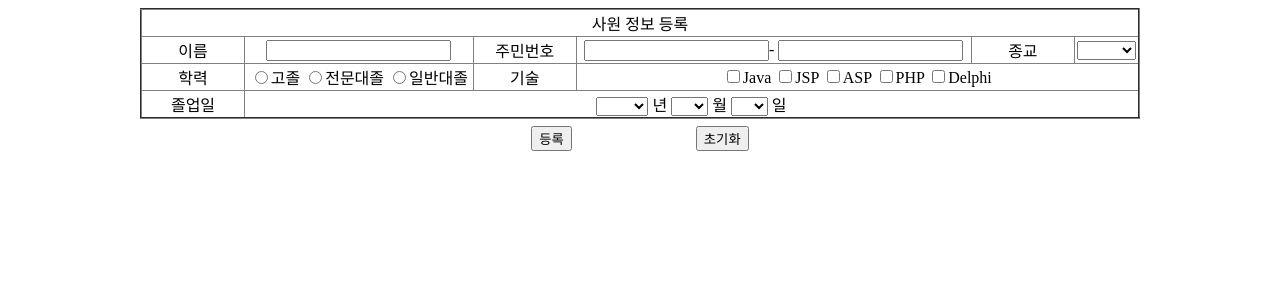
Repository: kimdk121/Kosmo
Page: http://localhost/Staff/WEB-INF/views/staff_input_form.jsp
These files come from the project's save history. The page is drawn as it stood at one moment and after the next save; the edit follows.
The browser window is 1280 px wide. The pictures show the whole page.
The page is served by Tomcat 9. Nobody is signed in. Other server files are loaded and not shown. The template is opened directly, without the code that normally fills it, so the values that code supplies are empty.

Above is the page before, as saved 2022-01-27 09:25:17.

### JSP,Spring/board_staff/Staff/src/main/webapp/WEB-INF/views/staff_input_form.jsp
<!-- ****************************************************** -->
<!-- JSP 기술의 한 종류인 [Page Directive]를 이용하여 현 JSP 페이지 처리 방식 선언하기 -->
<!-- ****************************************************** -->
	<!-- 현재 이 JSP 페이지 실행 후 생성되는 문서는 HTML 이고,이 문서 안의 데이터는 UTF-8 방식으로 인코딩한다 라고 설정함 -->
	<!-- 현재 이 JSP 페이지는 UTF-8 방식으로 인코딩 한다 -->
	<!-- UTF-8 인코딩 방식은 한글을 포함 전 세계 모든 문자열을 부호화할 수 있는 방법이다. -->
	<!-- 모든 JSP 페이지 상단에 무조건 아래 설정이 들어간다. -->
<%@ page language="java" contentType="text/html; charset=UTF-8" pageEncoding="UTF-8"%>

<!-- ****************************************************** -->
<!-- JSP 기술의 한 종류인 [Include Directive]를 이용하여 -->
<!--								common.jsp 파일 내의 소스를 삽입하기 -->
<!-- ****************************************************** -->
<%@include file="common.jsp" %>

<!DOCTYPE html PUBLIC "-//W3C//DTD HTML 4.01 Transitional//EN" "http://www.w3.org/TR/html4/loose.dtd">
<html>
<meta http-equiv="Content-Type" content="text/html; charset=UTF-8">




<!------------------------------------------------------------->
<!--body 태그 선언하기-->
<!--body 태그에 keydown 이벤트를 걸면 특정 태그에 가는 포커스 상관없이 무조건 화면에서 키보드 누르면 자스 코드를 실행하게 할수 있다.-->
<!------------------------------------------------------------->
<body>
	<center>
	<!--**********************************************************-->
	<!-- [로그인 정보 입력 양식] 내포한 form 태그 선언 -->
	<!--**********************************************************-->
	<form name="staffRegForm" id="staffRegForm">
		<table border="2" align="center" style="border-collapse:collapse;" height = "100" width ="1000">
			<tr align="center">
				<td colspan="6">사원 정보 등록</td>
			</tr>
			<tr align="center">
				<td width ="100">이름</td>
				<td>
					<input type="text" name="staff_name" class="staff_name">
				</td>
				<td width ="100">주민번호</td>
				<td>
					<input type="text" name="jumin_no1" class="jumin_no1" maxlength="6">-
					<input type="password" name = "jumin_no2" class="jumin_no2"maxlength="7">
				</td>
				<td width ="100">종교</td>
				<td>
					<select name="religion_code" class="religion_code">
						<option value="">
						<option value="1">기독교
						<option value="2">천주교
						<option value="3">불교
						<option value="4">이슬람
						<option value="5">무교
					</select>
				</td>
			</tr>
			<tr align="center">
				<td>학력</td>
				<td>
					<input type="radio" name="school_code" class="school_code" value="1" >고졸
					<input type="radio" name="school_code" class="school_code" value="2" >전문대졸
					<input type="radio" name="school_code" class="school_code" value="3" >일반대졸
				</td>
				<td>기술</td>
				<td colspan="3">
					<input type="checkbox" name="skill_code" class="skill_code" value="1" >Java
					<input type="checkbox" name="skill_code" class="skill_code" value="2" >JSP
					<input type="checkbox" name="skill_code" class="skill_code" value="3" >ASP
					<input type="checkbox" name="skill_code" class="skill_code" value="4" >PHP
					<input type="checkbox" name="skill_code" class="skill_code" value="5" >Delphi
					<input type="hidden" name="skill_codeList" id="skill_codeList" value=""/>
				</td>
			</tr>
			<tr align="center">
				<td>졸업일</td>
				<td colspan="5">
					<select name="graduate_year">
							<option value=" "></option>
							<%for(int i =1980; i<2022; i++) { %>
							<option value="<%=i%>"><%=i%></option>
							<%} %>
						</select>
						년
						<select name="graduate_month">
							<option value=" "></option>
							<%for(int i =1; i<13; i++) { %>
							<option value="<%=i%>"><%=i%></option>
							<%} %>
						</select>
						월
						<select name="graduate_day">
							<option value=" "></option>
							<%for(int i =1; i<32; i++) { %>
							<option value="<%=i%>"><%=i%></option>
							<%} %>
						</select>
						일
				</td>
			</tr>
		</table>

		<div style="height:5pt"></div>

		<!------------------------------------------------->
		<!--- 선택한 클릭한 페이지번호를 저장할 hidden 입력양식 선언--->
		<!--- 페이징 처리 관련 데이터이다.--->
		<!------------------------------------------------->
		<input type="button" name="save" class="save" value="등록" onclick="ajaxInsert();">
		&nbsp;&nbsp;&nbsp;&nbsp;&nbsp;&nbsp;&nbsp;&nbsp;&nbsp;&nbsp;&nbsp;&nbsp;&nbsp;&nbsp;
		&nbsp;&nbsp;&nbsp;&nbsp;&nbsp;&nbsp;&nbsp;&nbsp;&nbsp;&nbsp;&nbsp;&nbsp;&nbsp;&nbsp;
		<input type="reset" name="reset" class="reset" value="초기화">

	</form>



	</center>
</body>

<head>

	<script>
		//**********************************************************
		// body 태그 안의 소스를 모두 실행한 후에 실행할 자스 코드 설정
		//**********************************************************
		$(document).ready(function(){

		});




		function goBoardSearchForm() {
			location.href = "/staff/staffSearchForm.do";
		}




		function ajaxInsert() {

			// Skill_list 관련
	        var chkArray = new Array(); // 배열 선언
	        $('input:checkbox[name=skill_code]:checked').each(function() { // 체크된 체크박스의 value 값을 가지고 온다.
	            chkArray.push(this.value);
	        });
	        $('#skill_codeList').val(chkArray); // 아래 체크박스가 모두 체크되어 있다면 1,2,3,4 가 출력 된다.

	        // ajax 전송
		    var result = confirm('체크된 항목을 저장하시겠습니까?');
		    var form1 = $("#staffRegForm").serialize();
			if (result) {
				var url = "/staff/ajaxInsert.do";
				var contentTypeString = 'application/x-www-form-urlencoded';
				$.ajax({
					url : url,
					type : 'post',
					data : form1 ,
					contentType : contentTypeString,
					success : function(result) {
						if (result) {
							alert('저장 되었습니다.');
						} else {
							alert('오류가 발생했습니다.');
						}
					},
					error : function() {
						alert('서버 에러 발생');
					}
				});
			}
		}
	</script>
</head>


</html>

### JSP,Spring/board_staff/Staff/src/main/webapp/WEB-INF/views/common.jsp
<!-- ****************************************************** -->
<!-- JSP 기술의 한 종류인 [Page Directive]를 이용하여 현 JSP 페이지 처리 방식 선언하기 -->
<!-- ****************************************************** -->
	<!-- 현재 이 JSP 페이지 실행 후 생성되는 문서는 HTML 이고,이 문서 안의 데이터는 UTF-8 방식으로 인코딩한다 라고 설정함 -->
	<!-- 현재 이 JSP 페이지는 UTF-8 방식으로 인코딩 한다 -->
	<!-- UTF-8 인코딩 방식은 한글을 포함 전 세계 모든 문자열을 부호화할 수 있는 방법이다. -->
	<!-- 모든 JSP 페이지 상단에 무조건 아래 설정이 들어간다. -->
<%@ page language="java" contentType="text/html; charset=UTF-8" pageEncoding="UTF-8"%>



<%@taglib prefix="c" uri="http://java.sun.com/jsp/jstl/core" %>
<%@ taglib prefix="fn" uri="http://java.sun.com/jsp/jstl/functions" %>




<!------------------------------------------------------------>
<!-- JQuery 라이브러리 수입하기-->
<!-- 공용 함수 수입하기-->
<!-- css 파일 수입하기-->
<!------------------------------------------------------------>
<script src="/js/jquery-1.11.0.min.js"></script>
<script src="/js/common.js"></script>
<link href="/css/common.css" rel="stylesheet" type="text/css">

### JSP,Spring/board_staff/Staff/src/main/resources/static/js/common.js


function setTrBgcolor( tableClassV , headBgcolor, oddTrBgcolor, evenTrBgcolor, mouceOverBgcolor ){
	try{
		var tableObj = $("."+tableClassV);
		var firstTrObj = tableObj.find("tr:eq(0)");
			//var firstTrObj = tableObj.find("tr:first");
			//var firstTrObj = tableObj.find("tr").first();
		var oddTrObj = firstTrObj.siblings("tr").filter(":even")
		var evenTrObj = firstTrObj.siblings("tr").filter(":odd")

		firstTrObj.attr("bgColor", headBgcolor );
		oddTrObj.attr("bgColor", oddTrBgcolor );
		evenTrObj.attr("bgColor", evenTrBgcolor );

		//oddTrObj.find("td,th").css("color", "pink" );
		//evenTrObj.find("td,th").css("color", "green" );

		oddTrObj.hover(
			function(){
				$(this).attr("bgColor",mouceOverBgcolor);
			}
			,function(){
				$(this).attr("bgColor",oddTrBgcolor);
			}
		);
		evenTrObj.hover(
			function(){
				$(this).attr("bgColor",mouceOverBgcolor);
			}
			,function(){
				$(this).attr("bgColor",evenTrBgcolor);
			}
		);
	}
	catch(e){
		alert("setTrBgcolor 함수 호출 시 예외발생!"+ e.message );
	}
}

//-----------------------------------------------------------------------
// 1차원 Array 객체에 저장된 데이터 중에 랜덤하게
// 하나의 데이터를 복사해서 리턴하는 함수
//-----------------------------------------------------------------------
function getRandomData( arr ){
	// Array 객체에 배열변수의 개수
	var cnt = arr.length;
	// 랜덤한 인덱스번호 구하기
	var idx = Math.floor( Math.random()*cnt );
	// 랜덤한 인덱스번호에 해당하는 배열변수의 데이터 리턴하기
	return arr[idx];
}

//-----------------------------------------------------------------------
function getRandomData_with_del( arr ){
	var cnt = arr.length;
	var idx = Math.floor( Math.random()*cnt );
	var randomData = arr[idx];
	arr.splice(idx,1)
	return randomData;
}
//-----------------------------------------------------------------------
// 1차원 Array 객체에 저장된 데이터 중에 랜덤하게
// 원하는 개수의 데이터를 복사해서 또 다른 Array 객체에 담아 리턴하는 함수
//-----------------------------------------------------------------------
function getRandomDataArr( arr, cnt ){
	if( arr!=null && arr.length>0 ){
		alert("배열변수의 개수가 없습니다.");
		return null;
	}
	if( arr.length<cnt ){
		alert("배열변수의 개수보다 랜덤하게 뽑을 개수가 큽니다.");
		return null;
	}
	var randomDataArr = [];
	var arr2 = arr.slice(0);
	for( var i=1 ; i<=cnt ; i++ ){
		randomDataArr.push( getRandomData_with_del( arr2 ) )
	}
	return randomDataArr;




	/*
	var randomDataArr = [];
	var tmpArr = [];
	while (true) {
		var randomData = getRandomData(arr);
		var tmp_cnt = 0;
		for (var i=0; i<tmpArr.length; i++) {
			if (randomData==tmpArr[i]) {
				tmp_cnt++; break;
			}
		}
		if (tmp_cnt>0) {continue;}
		randomDataArr.push(randomData);
		tmpArr.push(randomData);
		if (randomDataArr.length==cnt) {break;}
	}
	return randomDataArr;
	*/
}

//-----------------------------------------------------------------------
function getRandomDataArr2( arr, min_cnt, max_cnt ){
	if( arr!=null && arr.length>0 ){
		alert("배열변수의 개수가 없습니다.");
		return null;
	}
	if( arr.length<min_cnt ){
		alert("배열변수의 개수보다 랜덤하게 뽑을 개수가 큽니다.");
		return null;
	}
	if( max_cnt<min_cnt ){
		alert("뽑을 개수의 범위가 이상합니다.");
		return null;
	}
	var randomCntArr = [];
	for( var i=min_cnt ; i<=max_cnt ; i++ ){
		randomCntArr.push( i );
	}
	var randomCnt = getRandomData( randomCntArr );
	var arr2 = arr.slice(0);
	return getRandomDataArr( arr2, randomCnt );
}

### JSP,Spring/board_staff/Staff/src/main/resources/static/css/common.css
/* @charset "UTF-8";

MMMMMMMMMMMMMMMMMMMMMMMMMMMMMMMMMMMMMMMMMMMMMMMMMMMMMMMMMMMMMMMMMMMMMMMM
body 태그, form 태그, td 태그, th 태그 , pre 태그 관련 설정.
MMMMMMMMMMMMMMMMMMMMMMMMMMMMMMMMMMMMMMMMMMMMMMMMMMMMMMMMMMMMMMMMMMMMMMMM
body,form,td,th,pre {
	font-size: 7pt;

	font-weight:bolder;
	font-weight:lighter;
	font-weight:normal;
	font-weight:bold;

	color: black;
	line-height: 160%;
	font-family: 굴림,tahoma,돋움,verdana;
}

MMMMMMMMMMMMMMMMMMMMMMMMMMMMMMMMMMMMMMMMMMMMMMMMMMMMMMMMMMMMMMMMMMMMMMMM
input 태그, select 태그 설정.
MMMMMMMMMMMMMMMMMMMMMMMMMMMMMMMMMMMMMMMMMMMMMMMMMMMMMMMMMMMMMMMMMMMMMMMM
input,select {
	font-size: 7pt;
	color:black;
	font-family: 굴림,tahoma,돋움,verdana;
	height: 20px;
}

MMMMMMMMMMMMMMMMMMMMMMMMMMMMMMMMMMMMMMMMMMMMMMMMMMMMMMMMMMMMMMMMMMMMMMMM
textarea 태그 설정.
MMMMMMMMMMMMMMMMMMMMMMMMMMMMMMMMMMMMMMMMMMMMMMMMMMMMMMMMMMMMMMMMMMMMMMMM
textarea{
	font-size: 7pt;
	color:black;
	font-family: 굴림,tahoma,돋움,verdana;
}



MMMMMMMMMMMMMMMMMMMMMMMMMMMMMMMMMMMMMMMMMMMMMMMMMMMMMMMMMMMMMMMMMMMMMMMM
a 태그 설정.
MMMMMMMMMMMMMMMMMMMMMMMMMMMMMMMMMMMMMMMMMMMMMMMMMMMMMMMMMMMMMMMMMMMMMMMM
a:link {text-decoration:none;color:#696969}
a:hover{text-decoration:none;color:#66ccff}
a:visited {text-decoration:none;color:#330066}





MMMMMMMMMMMMMMMMMMMMMMMMMMMMMMMMMMMMMMMMMMMMMMMMMMMMMMMMMMMMMMMMMMMMMMMM
<table class="tbcss0"> ~</table>안의 테이블에 가로,세로 선이 모두 없게 보이기.
경계선 색상은 직접 table 태그에 직접 설정.
MMMMMMMMMMMMMMMMMMMMMMMMMMMMMMMMMMMMMMMMMMMMMMMMMMMMMMMMMMMMMMMMMMMMMMMM
.tbcss0, .tbcss0 td, .tbcss0 th{
	----------------------------------------------------------
	border-collapse: collapse;              경계선을 입체가 아닌 단일선으로 설정.
	----------------------------------------------------------
	border-width:0px;                       모든 경계선을 두께 설정.
	----------------------------------------------------------
	font-size: 7pt;                         글자 크기 설정.
	----------------------------------------------------------
	font-family: tahoma,굴림,돋움,verdana;  글자체 설정.
	----------------------------------------------------------
	padding-left:5px;                       왼쪽 여백
	padding-right:5px;                      오른쪽 여백
	----------------------------------------------------------
	padding:5;
 }

MMMMMMMMMMMMMMMMMMMMMMMMMMMMMMMMMMMMMMMMMMMMMMMMMMMMMMMMMMMMMMMMMMMMMMMM
<table class="tbcss2"> ~</table>안의 가로선은 단일선으로 보이고 세로 선은 안 보이기.
경계선 색상은 직접 table 테그에 직접 설정
MMMMMMMMMMMMMMMMMMMMMMMMMMMMMMMMMMMMMMMMMMMMMMMMMMMMMMMMMMMMMMMMMMMMMMMM
.tbcss1, .tbcss1 td, .tbcss1 th{
	----------------------------------------------------------
	border-collapse: collapse;              경계선을 입체가 아닌 단일선으로 설정.
	----------------------------------------------------------
	border-top-width:1px;                   위 경계선을 두께 설정.
	border-top-style:solid;                     위 경계선을 모양 설정.
	border-bottom-width:1px;                    아래 경계선을 모양 설정.
	border-bottom-style:solid;                  아래 경계선을 모양 설정.
	----------------------------------------------------------
	border-left-width:0px;                      왼쪽 경계선을 모양 설정.
	border-right-width:0px;                     오른쪽 경계선을 모양 설정.
	----------------------------------------------------------
	font-size: 7pt;                         글자 크기 설정.
	----------------------------------------------------------
	font-family: tahoma,굴림,돋움,verdana;  글자체 설정.
	----------------------------------------------------------
	padding-left:5px;                       왼쪽 여백
	padding-right:5px;                      오른쪽 여백
	----------------------------------------------------------
	 border-spacing:0;
}


MMMMMMMMMMMMMMMMMMMMMMMMMMMMMMMMMMMMMMMMMMMMMMMMMMMMMMMMMMMMMMMMMMMMMMMM
<table class="tbcss1"> ~</table>안의 테이블에 가로,세로 선이 모두 단일선으로 보이기.
경계선 색상은 직접 table 태그에 직접 설정.
MMMMMMMMMMMMMMMMMMMMMMMMMMMMMMMMMMMMMMMMMMMMMMMMMMMMMMMMMMMMMMMMMMMMMMMM
.tbcss2, .tbcss2 td, .tbcss2 th{
	----------------------------------------------------------
	border-collapse: collapse;              경계선을 입체가 아닌 단일선으로 설정.
	----------------------------------------------------------
	border-width:1px;                       모든 경계선을 두께 설정.
	border-style:solid;                     모든 경계선을 모양 설정.
	----------------------------------------------------------
	font-size: 7pt;                         글자 크기 설정.
	----------------------------------------------------------
	font-family: tahoma,굴림,돋움,verdana;  글자체 설정.
	----------------------------------------------------------
	padding-left:5px;                       왼쪽 여백
	padding-right:5px;                      오른쪽 여백
	----------------------------------------------------------
	 border-spacing:0;
 }





.xxx tr:nth-child(2n+1) {
	background-color: lightgray;
}
.xxx tr:nth-child(0) {
	background-color: blue;
}




.xxx tr:nth-child(2n) {
	background-color: white;
}



	body,td,a,div,p,pre,input,textarea {
		font-family:굴림;font-size:9pt;
	}

	글자 두께
	font-weight:bolder;
	font-weight:lighter;
	font-weight:normal;
	font-weight:bold;
	-------------------------------
	테이블 짝홀 배경색
	-------------------------------
	table {
		width: 100%;
		border-top: 1px solid #444444;
		border-collapse: collapse;
	}
	th, td {
		border-bottom: 1px solid #444444;
		padding: 10px;
		text-align: center;
	}
	thead tr {
		background-color: #0d47a1;
		color: #ffffff;
	}
	tbody tr:nth-child(2n) {
		background-color: #bbdefb;
	}
	tbody tr:nth-child(2n+1) {
		background-color: #e3f2fd;
	}


	-------------------------------
	모든 경계선의 두께/모양/색상을 1px,solid, red 로 지정하는  방법1
	-------------------------------
	border-width:1px;
	border-style:solid;
	border-color:red;
	-------------------------------
	모든 경계선의 두께/모양/색상을 1px,solid, red 로 지정하는  방법2
	-------------------------------
	border:1px solid red;














	 */

Loaded but not shown: JSP,Spring/board_staff/Staff/src/main/resources/static/js/jquery-1.11.0.min.js (library)

After the next save:
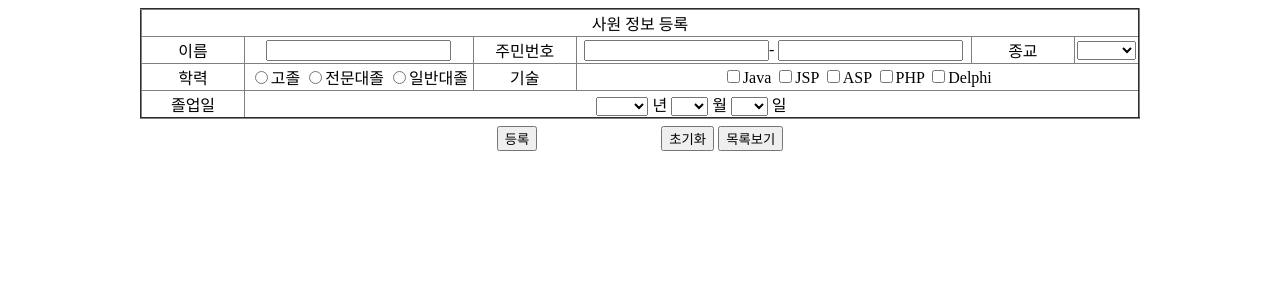
Saved 2 days later.
--- a/JSP,Spring/board_staff/Staff/src/main/webapp/WEB-INF/views/staff_input_form.jsp
+++ b/JSP,Spring/board_staff/Staff/src/main/webapp/WEB-INF/views/staff_input_form.jsp
@@ -111,6 +111,7 @@
 		&nbsp;&nbsp;&nbsp;&nbsp;&nbsp;&nbsp;&nbsp;&nbsp;&nbsp;&nbsp;&nbsp;&nbsp;&nbsp;&nbsp;
 		&nbsp;&nbsp;&nbsp;&nbsp;&nbsp;&nbsp;&nbsp;&nbsp;&nbsp;&nbsp;&nbsp;&nbsp;&nbsp;&nbsp;
 		<input type="reset" name="reset" class="reset" value="초기화">
+		<input type="button" name="goBack" class="goBack" value="목록보기" onclick="goBoardSearchForm();">
 
 	</form>
 
